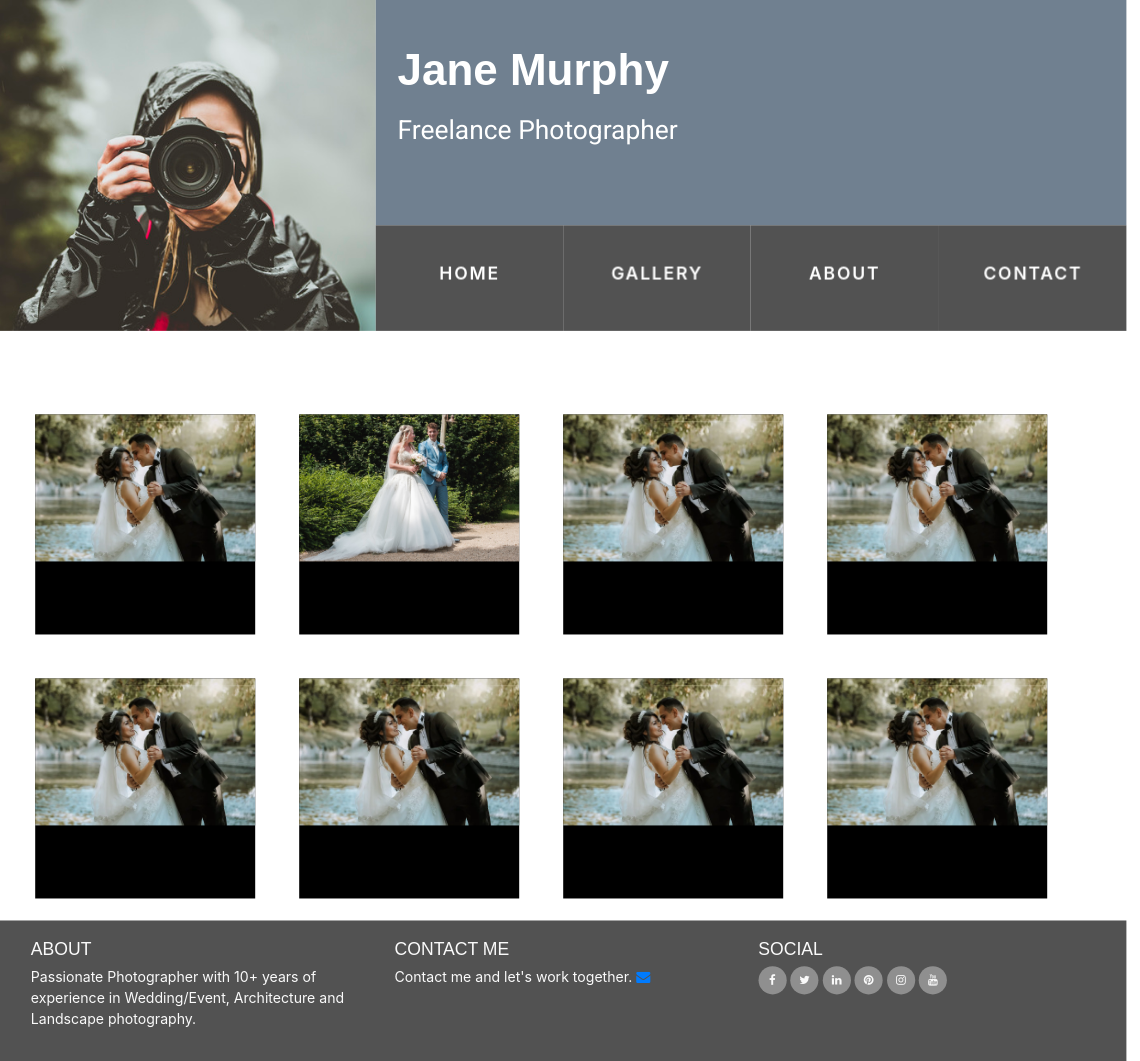
Repository: Code-Institute-Submissions/MrChrisRandall-milestone-1
Page: gallery.html
The author's editor kept a record of every edit. The page is drawn from the files as they stood at one moment, then again after the next edit.
The browser window is 1280 px wide. The page is 1295 px wide, so the pictures cover 1295 px, including what lies to the right of the window. The pictures show the whole page, at 88% of full size.

Above is the page before.

After the next edit:
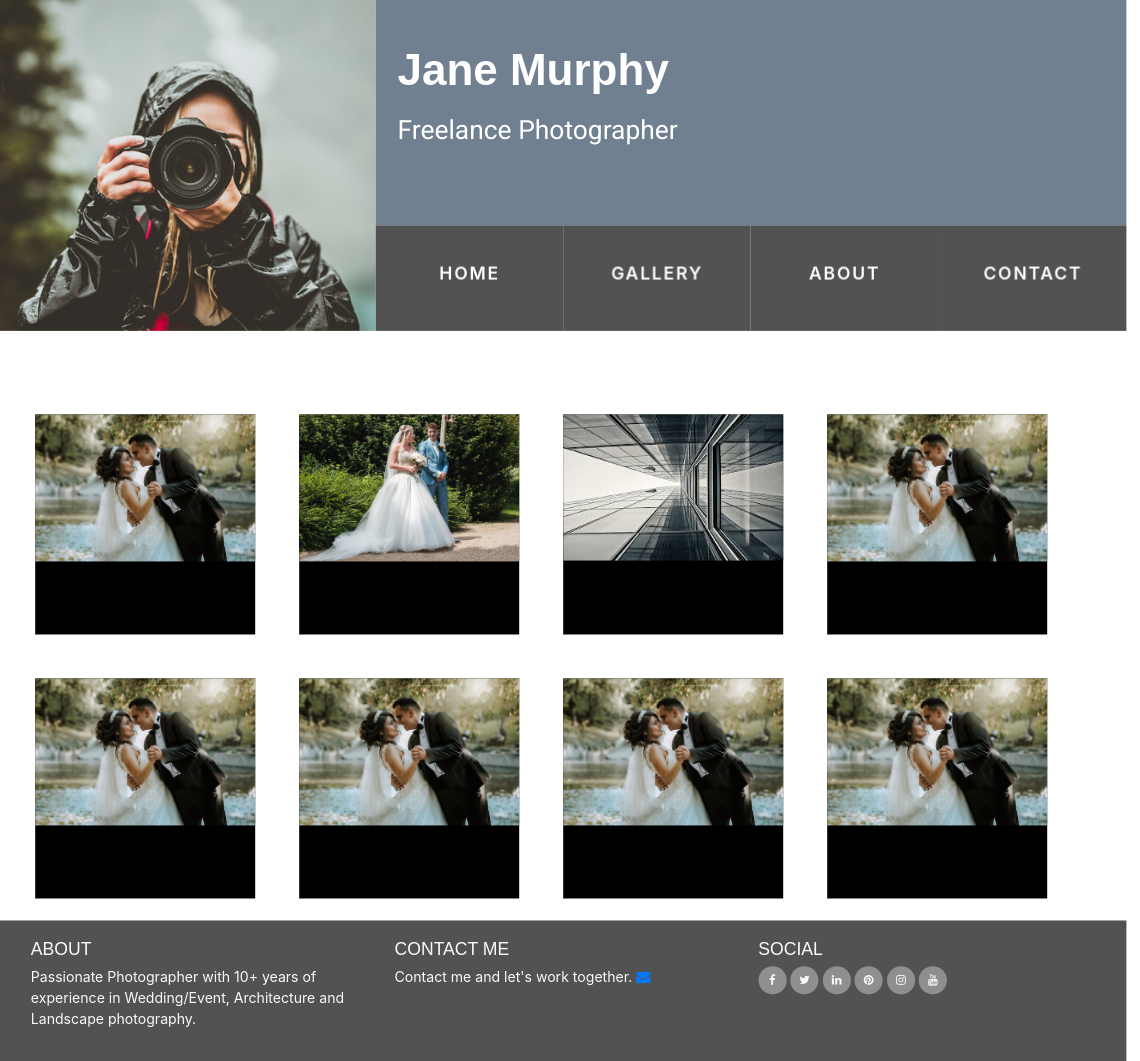
The edit:
--- a/gallery.html
+++ b/gallery.html
@@ -64,7 +64,7 @@
             </div>
             <div class="box">
                 <div class="imgBox">
-                    <img src="assets/images/wedding1.jpg"></img>
+                    <img src="assets/images/a1.jpg"></img>
                 </div>
             </div>
             <div class="box">
